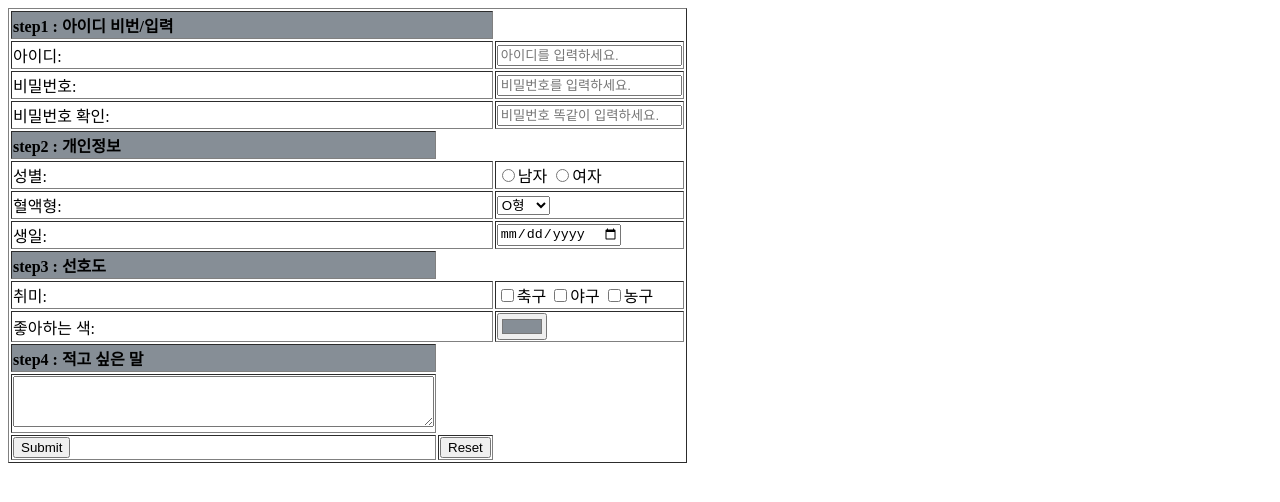
Repository: pillz9408/Jsp-Servlet
Page: jspstudy/day02/src/main/webapp/Lab2Join.html
The author's editor kept a copy of each file at every save. The page is drawn from the files as they stood at one save, then again after the next save.
The browser window is 1280 px wide. The pictures show the whole page.

Above is the page before, as saved 2022-10-05 06:29:40.

### jspstudy/day02/src/main/webapp/Lab2Join.html
<!DOCTYPE html>
<html>
<head>
<meta charset="UTF-8">
<title>lab2join</title>
</head>
<body>
<form action="lab2join" method="post">
<table border width="400">
	<tr>
	<td colspan="2" bgcolor="#868e96"><b>step1 : 아이디 비번/입력</b></td>
	</tr>
	<tr>
	<td colspan="2">아이디:</td><td><input type="text" name="id" placeholder="아이디를 입력하세요."></td>
	</tr>
	<tr>
	<td colspan="2">비밀번호:</td><td><input type="password" name="pass" placeholder="비밀번호를 입력하세요."></td>
	</tr>
	<tr>
	<td colspan="2">비밀번호 확인:</td><td><input type="password" name="passcheck" placeholder="비밀번호 똑같이 입력하세요."> </td>
	</tr>
	<tr>
	<td bgcolor="#868e96"><b>step2 : 개인정보</b></td>
	</tr>
	<tr>
	<td colspan="2">성별:</td><td><input type="radio"name="gender" value="남자">남자
	<input type="radio"name="gender" value="여자">여자</td>
	</tr>
	<tr>
	<td colspan="2">혈액형:</td><td><select name='btype'>
		<option value="o">O형
		<option value="A">A형
		<option value="B">B형
		<option value="AB">AB형
		</select>
		</td>
	</tr>
	<tr>
	<td colspan="2">생일: </td><td><input type="date" name="date" placeholder="년년년년-월월-일일"></td>
	</tr>
	<tr>
	<td bgcolor="#868e96"><b>step3 : 선호도</b></td>
	</tr>
	<tr>
	<td colspan="2">취미:</td><td><input type="checkbox" name="hobby" value="축구">축구
	<input type="checkbox" name="hobby" value="야구">야구
	<input type="checkbox" name="hobby" value="농구">농구
	</td>
	</tr>
	<tr>
	<td colspan="2">좋아하는 색:</td><td><input type="color" name="color" value="#868e96"></td>
	</tr>
	<tr>
	<td bgcolor="#868e96"><b>step4 : 적고 싶은 말</b></td>
	</tr>
	<tr>
	<td><textarea name="writes" rows="3" cols="50"></textarea>
	</tr>
	<tr>
	<td><input type="submit" name="제출"></td><td><input type="reset" name="초기화"></td>
	</tr>
</table>
</form>
</body>
</html>

After the next save:
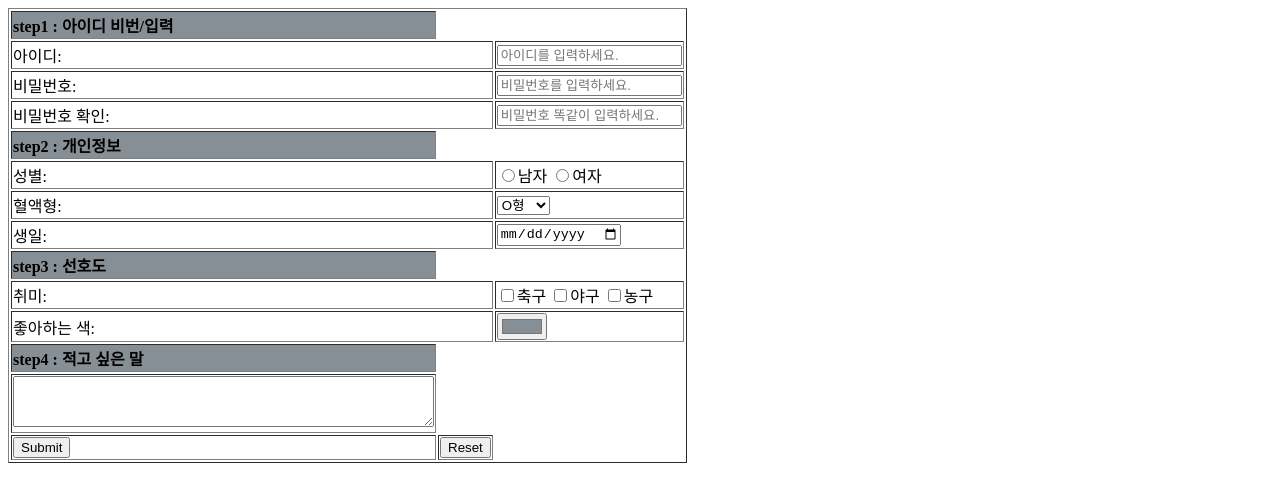
Saved 84 s later.
--- a/jspstudy/day02/src/main/webapp/Lab2Join.html
+++ b/jspstudy/day02/src/main/webapp/Lab2Join.html
@@ -8,7 +8,7 @@
 <form action="lab2join" method="post">
 <table border width="400">
 	<tr>
-	<td colspan="2" bgcolor="#868e96"><b>step1 : 아이디 비번/입력</b></td>
+	<td bgcolor="#868e96"><b>step1 : 아이디 비번/입력</b></td>
 	</tr>
 	<tr>
 	<td colspan="2">아이디:</td><td><input type="text" name="id" placeholder="아이디를 입력하세요."></td>
